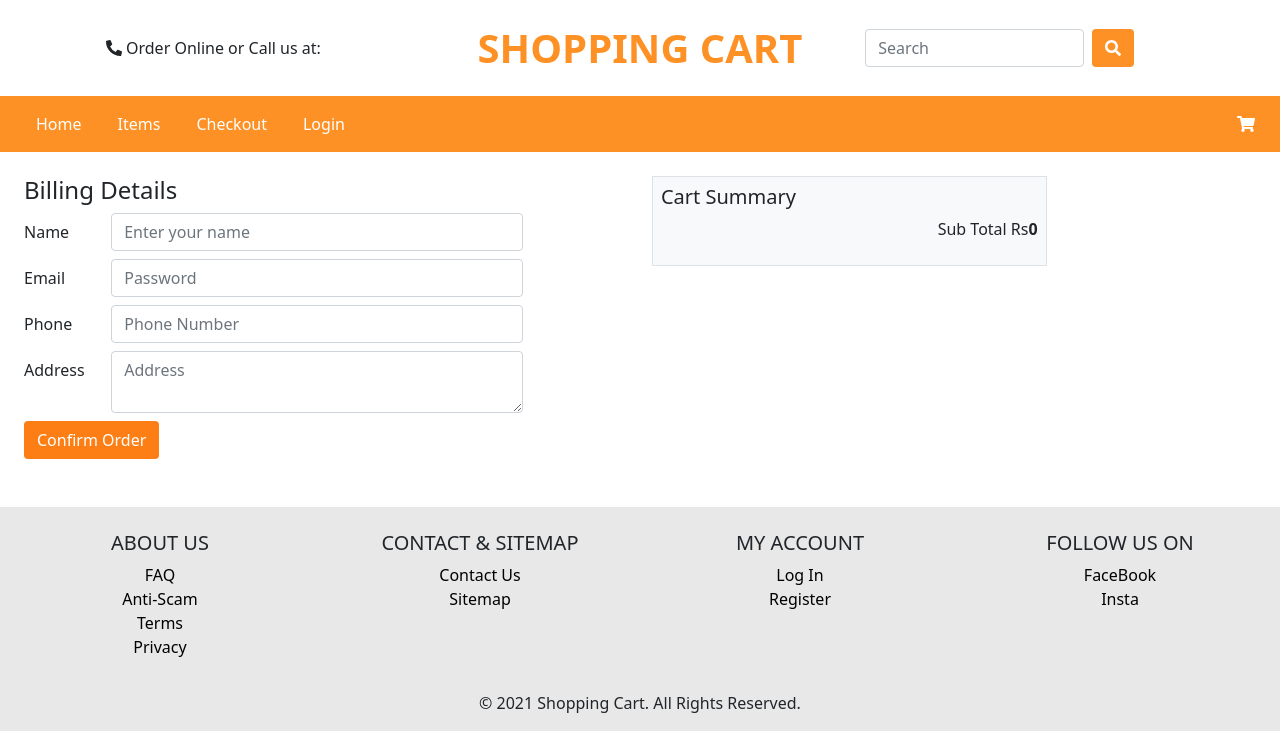
Repository: SaudCh/React-Ecommerce
Page: /checkout
An editor plug-in stored every save of this project. The page is shown before and after the next save, followed by the edit.
The browser window is 1280 px wide. The pictures show the whole page.
The project was rebuilt for these pictures with package versions that can differ from the ones it lists, and the page was loaded fresh each time. Also part of the build but not shown: src/App.css, src/Home/Carousel.jsx, src/data/items.js, src/data/discounted.js, src/Home/Card.jsx, src/Home/home.jsx, src/Login/Login.jsx, src/Register/register.jsx and 5 more.

Above is the page before, as saved 2021-12-27 22:39:00.

After the next save:
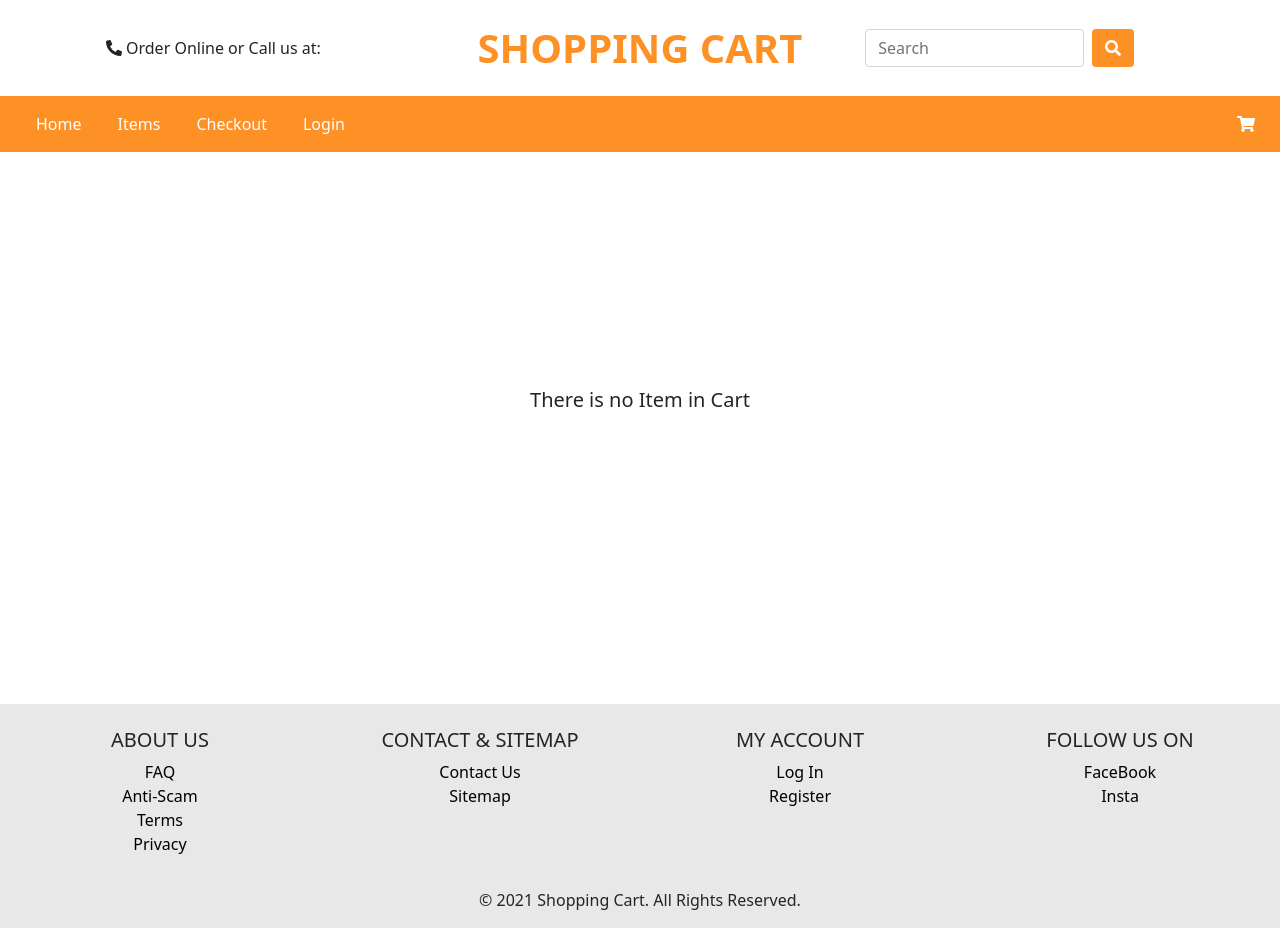
Saved 31 s later.
--- a/src/CheckOut/CheckOut.jsx
+++ b/src/CheckOut/CheckOut.jsx
@@ -8,6 +8,18 @@ export default function CheckOut(props) {
     cart.map((e) => (tot = parseInt(e.price) + tot));
     setTotal(tot);
   }, [cart]);
+
+  if (props.cart.length === 0) {
+    return (
+      <div
+        className="d-flex align-items-center justify-content-center"
+        style={{ height: "70vh" }}
+      >
+        <h5>There is no Item in Cart</h5>
+      </div>
+    );
+  }
+
   return (
     <div className="container-fluid mt-4">
       <div className="row" style={{ margin: "0 auto" }}>
